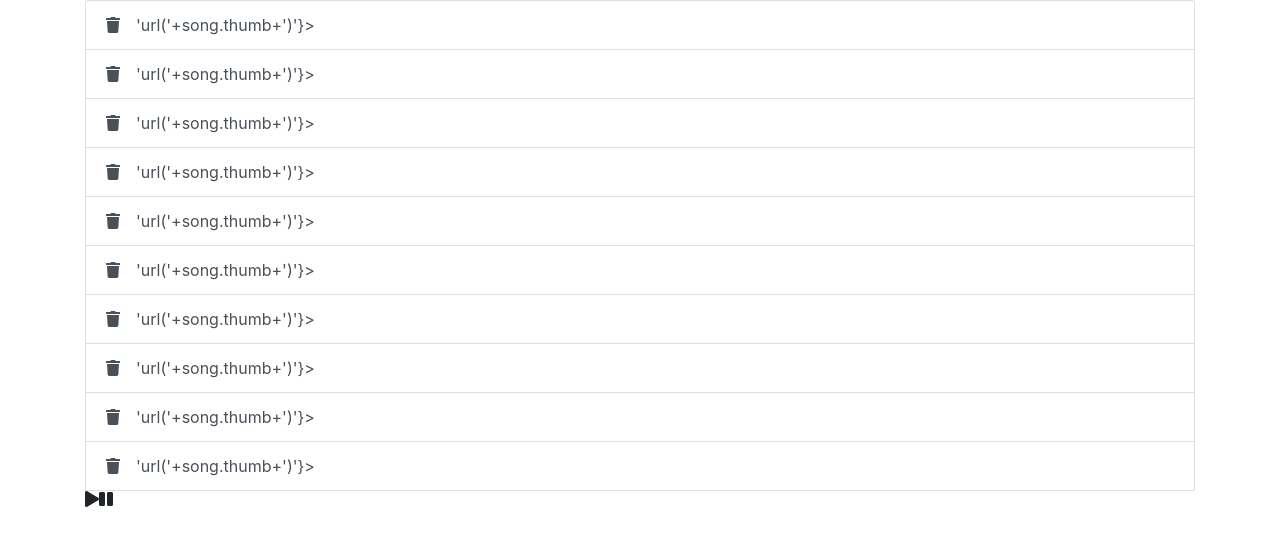
Repository: tanviredu/Data
Page: / (app in 28_vue_with_apis/vue-apis/)
An editor plug-in stored every save of this project. The page is shown before and after the next save, followed by the edit.
The browser window is 1280 px wide. The pictures show the whole page.
The project was rebuilt for these pictures with package versions that can differ from the ones it lists, and the page was loaded fresh each time. Also part of the build but not shown: 28_vue_with_apis/vue-apis/src/components/CurrentSong.vue.

Above is the page before, as saved 2020-07-13 09:14:50.

After the next save:
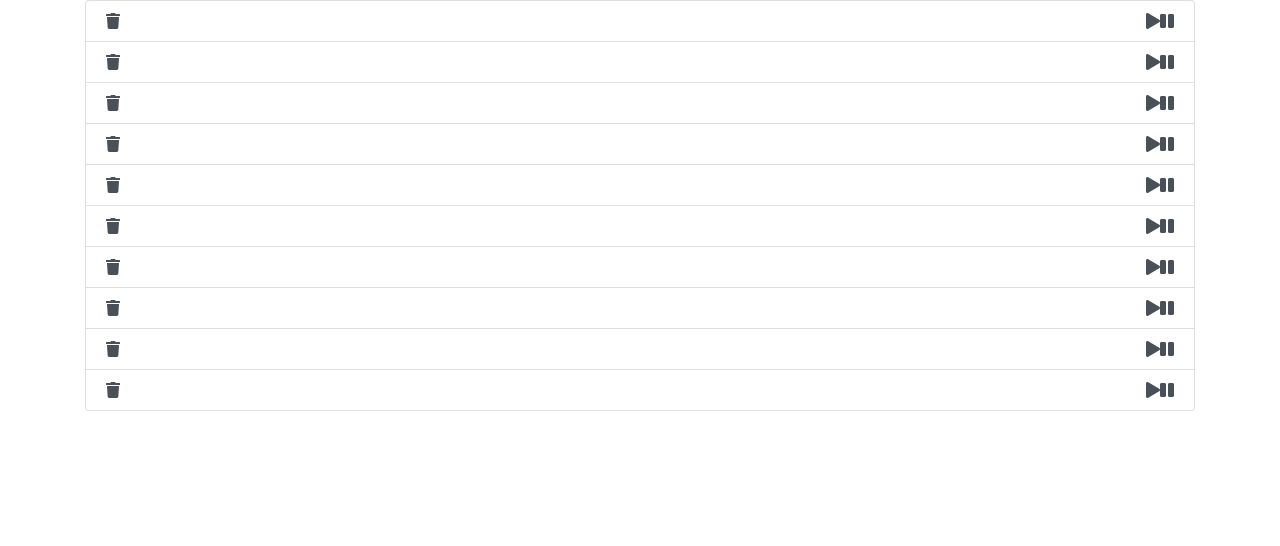
Saved 30 s later.
--- a/28_vue_with_apis/vue-apis/src/components/SongList.vue
+++ b/28_vue_with_apis/vue-apis/src/components/SongList.vue
@@ -1,9 +1,13 @@
 <template>
   <div>
     <div class="songlist list-group">
-      <div class="song list-group-item list-group-item-action d-flex" v-for="(song,index) in songs" :key="index" >
+      <div
+        class="song list-group-item list-group-item-action d-flex"
+        v-for="(song,index) in songs"
+        :key="index"
+      >
         <font-awesome-icon class="trash mr-3 align-self-center" icon="trash" />
-        <div class="thumbnail" :style={backgroundImage: 'url('+song.thumb+')'}></div>
+        <div class="thumbnail" :style="{backgroundImage: 'url('+song.thumb+')'}"></div>
         <div class="song-info flex-fill px-2 align-self-center">
           <h4 class="song-info-name mb-0">
             <small class="duration"></small>
